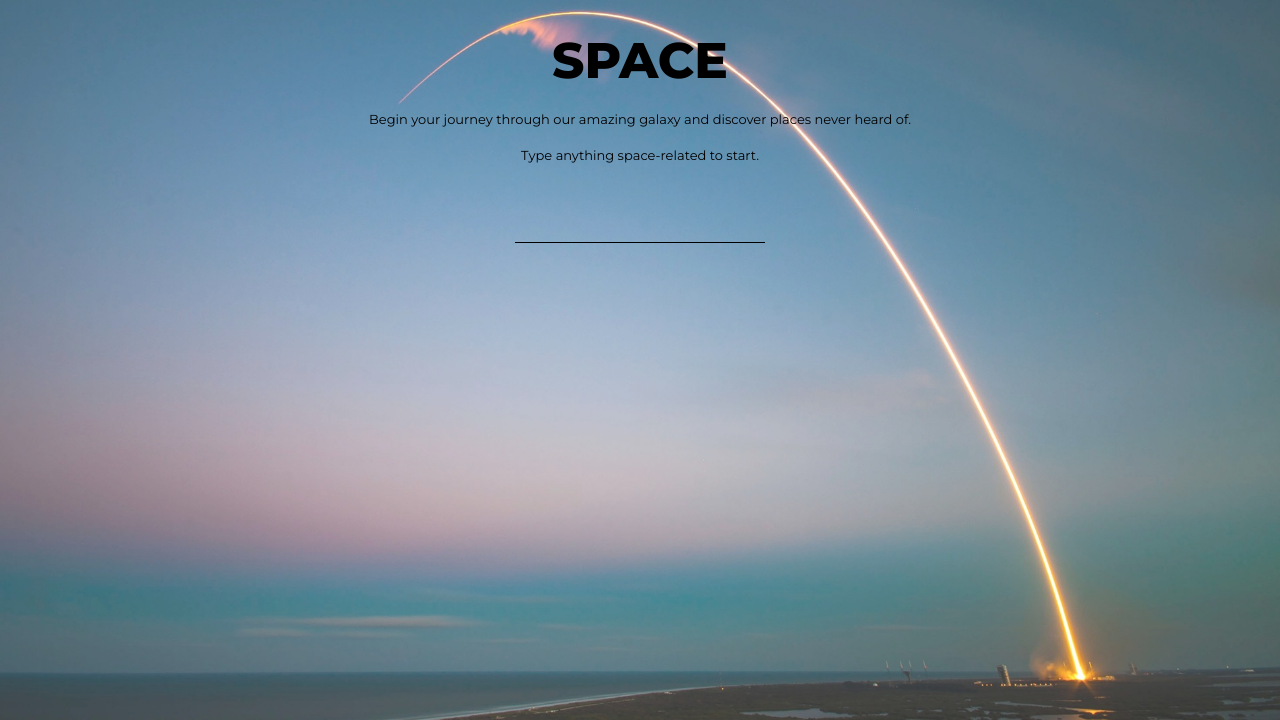
Repository: pmor80/spacer
Page: /
These files come from the project's save history. The page is drawn as it stood at one moment and after the next save; the edit follows.
The browser window is 1280 px wide. The pictures show the whole page.
The project was rebuilt for these pictures with package versions that can differ from the ones it lists, and the page was loaded fresh each time.

Above is the page before, as saved 2019-07-02 15:38:17.

After the next save:
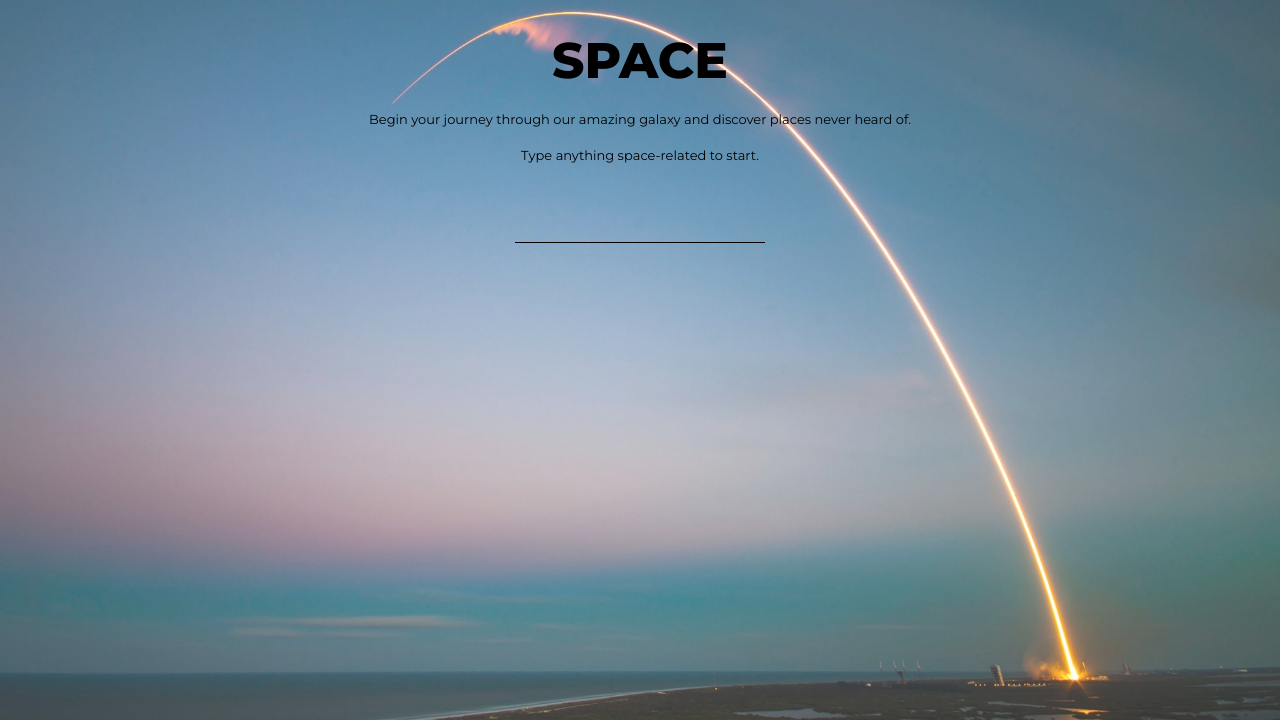
Saved 35 s later.
--- a/src/views/Search.vue
+++ b/src/views/Search.vue
@@ -52,5 +52,6 @@ export default {
   background-image: url("../assets/heroimage.jpg");
   background-repeat: no-repeat;
   background-size: cover;
+  background-position: 50% 0%;
 }
 </style>
